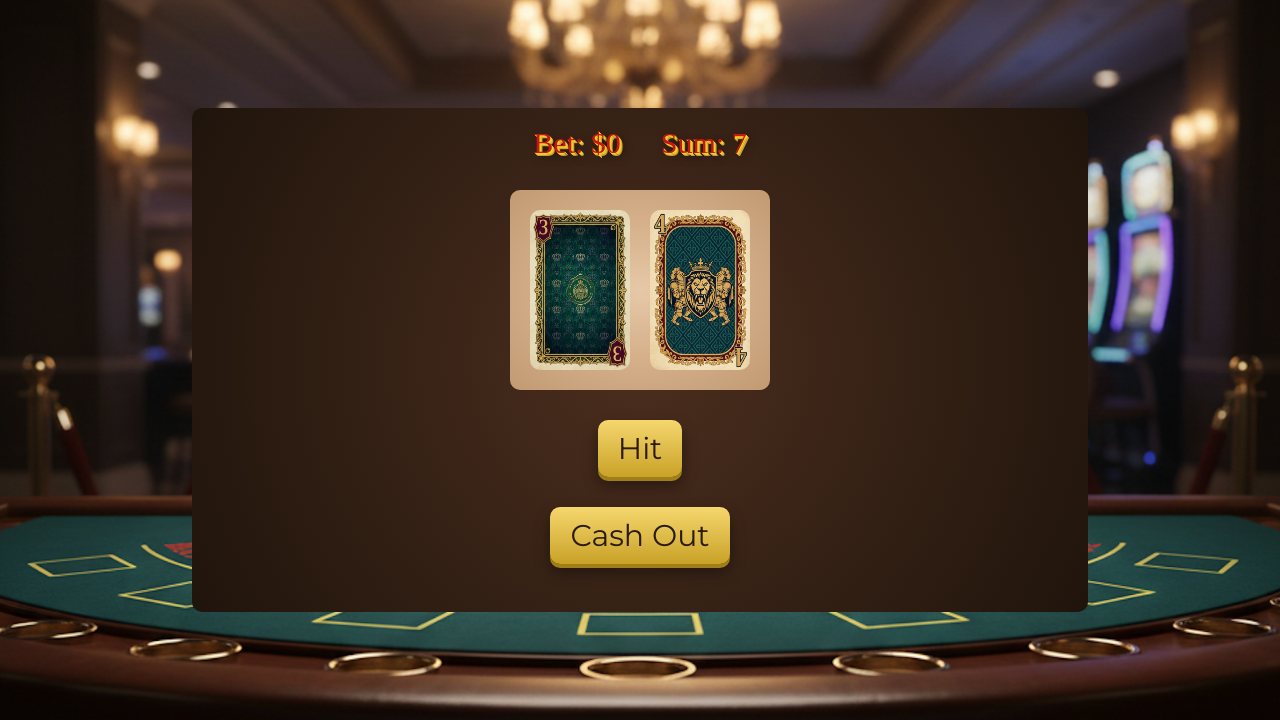
Repository: raghhavv03/javascript-practice
Page: task-5/game.html
These files come from the project's save history. The page is drawn as it stood at one moment and after the next save; the edit follows.
The browser window is 1280 px wide. The pictures show the whole page.
Some web fonts or font styles are not loaded; a fallback is used.

Above is the page before, as saved 2026-02-09 19:16:46.

### task-5/game.html
<!DOCTYPE html>
<html>
    <head>
        <title>BlackJack</title>
        <link rel="stylesheet" href="./css/style.css">
        <link href="https://fonts.googleapis.com/css2?family=Unbounded:wght@700&display=swap" rel="stylesheet">
        <link href="https://fonts.googleapis.com/css2?family=Montserrat:wght@400;500&display=swap" rel="stylesheet">
        <script src="./js/game.js" defer></script>
    </head>
    <body>
        <div class="container">
            <div id="user-info">
                <p>Bet: $<span id="bet"></span></p>
                <p>Sum: <span id="sum">0</span></p>
            </div>

            <div id="cards"></div>

            <button id="hit-btn">Hit</button>
            <button id="cashout-btn">Cash Out</button>

            <p id="result"></p>
        </div>
    </body>
</html>

### task-5/css/style.css
* {
    margin: 0;
    padding: 0;
    box-sizing: border-box;
}

body {
    height: 100vh;
    background-image: url("../images/background.png");
    background-size: cover;
    display: flex;
    flex-direction: column;
    justify-content: center;
    align-items: center;
}

.container {
    height: 70vh;
    width: 70vw;
    display: flex;
    flex-direction: column;
    justify-content: center;
    align-items: center;
    background: radial-gradient(
        circle at center,
        #4b2e1e 0%,
        #3a2417 40%,
        #1f140c 100%
    );
    padding: 20px;
    border-radius: 10px;
}

#heading {
    font-size: 70px;
    font-family: 'Unbounded', cursive;
    color: #c4161c;
    text-shadow:
        1px 1px 0 #ffd700,
        2px 2px 0 #e6c24f,
        3px 3px 0 #c9a227,
        4px 4px 8px rgba(0, 0, 0, 0.6);
    margin-bottom: 40px;
}

#money-input {
    font-size: 30px;
    font-family: 'Montserrat', sans-serif;
    padding: 10px 20px;
    border: none;
    border-radius: 10px;
    margin-bottom: 40px;
}

#add-money-btn {
    background: linear-gradient(180deg, #f5d76e, #c9a227);
    color: #2b1b11;
    font-size: 30px;
    font-family: 'Montserrat', sans-serif;
    padding: 10px 20px;
    border: none;
    border-radius: 10px;
    margin-bottom: 40px;
    cursor: pointer;
    box-shadow:
        0 4px 0 #9f7f18,
        0 8px 15px rgba(0,0,0,0.4);
    transition: all 0.2s ease;
}

#add-money-btn:hover {
    background: linear-gradient(180deg, #ffe58f, #e6c24f);
    box-shadow:
        0 4px 0 #9f7f18,
        0 0 12px rgba(255, 215, 0, 0.8),
        0 10px 20px rgba(0,0,0,0.5);
    transform: translateY(-1px);
}

#add-money-btn:active {
    transform: translateY(2px);
    box-shadow:
        0 2px 0 #9f7f18,
        0 4px 8px rgba(0,0,0,0.4);
}

#index-error-msg {
    font-size: 15px;
    font-family: 'Montserrat', sans-serif;
    color: #ff4d4d;
    font-weight: bolder;
}

#user-balance {
    font-size: 30px;
    font-family: 'Unbounded', cursive;
    color: #c4161c;
    text-shadow:
        1px 1px 0 #ffd700,
        2px 2px 0 #e6c24f,
        3px 3px 0 #c9a227,
        4px 4px 8px rgba(0, 0, 0, 0.6);
    margin-bottom: 40px;
}

#bet-input {
    font-size: 30px;
    font-family: 'Montserrat', sans-serif;
    padding: 10px 20px;
    border: none;
    border-radius: 10px;
    margin-bottom: 40px;
}

#start-game-btn {
    background: linear-gradient(180deg, #f5d76e, #c9a227);
    color: #2b1b11;
    font-size: 30px;
    font-family: 'Montserrat', sans-serif;
    padding: 10px 20px;
    border: none;
    border-radius: 10px;
    margin-bottom: 40px;
    cursor: pointer;
    box-shadow:
        0 4px 0 #9f7f18,
        0 8px 15px rgba(0,0,0,0.4);
    transition: all 0.2s ease;
}

#start-game-btn:hover {
    background: linear-gradient(180deg, #ffe58f, #e6c24f);
    box-shadow:
        0 4px 0 #9f7f18,
        0 0 12px rgba(255, 215, 0, 0.8),
        0 10px 20px rgba(0,0,0,0.5);
    transform: translateY(-1px);
}

#start-game-btn:active {
    transform: translateY(2px);
    box-shadow:
        0 2px 0 #9f7f18,
        0 4px 8px rgba(0,0,0,0.4);
}

#bet-error-msg {
    font-size: 15px;
    font-family: 'Montserrat', sans-serif;
    color: #ff4d4d;
    font-weight: bolder;
}

#user-info {
    display: flex;
    gap: 40px;
    margin-bottom: 30px;
    font-size: 30px;
    font-family: 'Unbounded', cursive;
    color: #c4161c;
    text-shadow:
        1px 1px 0 #ffd700,
        2px 2px 0 #e6c24f,
        3px 3px 0 #c9a227,
        4px 4px 8px rgba(0, 0, 0, 0.6);
}

#cards {
    height: 200px;
    background: radial-gradient(
        ellipse at center,
        #e6c8a8 0%,
        #d6b18c 45%,
        #c19a73 100%
    );
    border-radius: 10px;
    display: flex;
    padding: 20px;
    justify-content: center;
    gap: 20px;
    align-items: center;
    margin-bottom: 30px;
}

.card-img {
    width: 100px;
    height: 160px;
    border-radius: 10px;
}

#hit-btn {
    background: linear-gradient(180deg, #f5d76e, #c9a227);
    color: #2b1b11;
    font-size: 30px;
    font-family: 'Montserrat', sans-serif;
    padding: 10px 20px;
    border: none;
    border-radius: 10px;
    margin-bottom: 30px;
    cursor: pointer;
    box-shadow:
        0 4px 0 #9f7f18,
        0 8px 15px rgba(0,0,0,0.4);
    transition: all 0.2s ease;
}

#hit-btn:hover {
    background: linear-gradient(180deg, #ffe58f, #e6c24f);
    box-shadow:
        0 4px 0 #9f7f18,
        0 0 12px rgba(255, 215, 0, 0.8),
        0 10px 20px rgba(0,0,0,0.5);
    transform: translateY(-1px);
}

#hit-btn:active {
    transform: translateY(2px);
    box-shadow:
        0 2px 0 #9f7f18,
        0 4px 8px rgba(0,0,0,0.4);
}

#cashout-btn {
    background: linear-gradient(180deg, #f5d76e, #c9a227);
    color: #2b1b11;
    font-size: 30px;
    font-family: 'Montserrat', sans-serif;
    padding: 10px 20px;
    border: none;
    border-radius: 10px;
    margin-bottom: 30px;
    cursor: pointer;
    box-shadow:
        0 4px 0 #9f7f18,
        0 8px 15px rgba(0,0,0,0.4);
    transition: all 0.2s ease;
}

#cashout-btn:hover {
    background: linear-gradient(180deg, #ffe58f, #e6c24f);
    box-shadow:
        0 4px 0 #9f7f18,
        0 0 12px rgba(255, 215, 0, 0.8),
        0 10px 20px rgba(0,0,0,0.5);
    transform: translateY(-1px);
}

#cashout-btn:active {
    transform: translateY(2px);
    box-shadow:
        0 2px 0 #9f7f18,
        0 4px 8px rgba(0,0,0,0.4);
}

#result {
    font-size: 30px;
    font-family: 'Unbounded', cursive;
    color: #c4161c;
    text-shadow:
        1px 1px 0 #ffd700,
        2px 2px 0 #e6c24f,
        3px 3px 0 #c9a227,
        4px 4px 8px rgba(0, 0, 0, 0.6);
}

### task-5/js/game.js
const bet = Number(localStorage.getItem("bet"))
document.getElementById("bet").textContent = bet
const cashoutBtn = document.getElementById("cashout-btn")
cashoutBtn.disabled = true

let sum = 0
let cardsDrawn = 0

const sumEl = document.getElementById("sum")
const cardsEl = document.getElementById("cards")
const resultEl = document.getElementById("result")

const cards = [
    { value: 11, image: "images/card-a.png" },
    { value: 2, image: "images/card-2.png" },
    { value: 3, image: "images/card-3.png" },
    { value: 4, image: "images/card-4.png" },
    { value: 5, image: "images/card-5.png" },
    { value: 6, image: "images/card-6.png" },
    { value: 7, image: "images/card-7.png" },
    { value: 8, image: "images/card-8.png" },
    { value: 9, image: "images/card-9.png" },
    { value: 10, image: "images/card-10.png" },
    { value: 10, image: "images/card-j.png" },
    { value: 10, image: "images/card-q.png" },
    { value: 10, image: "images/card-k.png" }
]

function drawCard() {
    if (sum >= 21) return;


    const randomIndex = Math.floor(Math.random() * cards.length)
    const card = cards[randomIndex]

    cardsDrawn++
    sum += card.value
    sumEl.textContent = sum

    if (cardsDrawn > 2) {
        cashoutBtn.disabled = false;
    }

    const img = document.createElement("img")
    img.src = card.image
    img.classList.add("card-img")

    cardsEl.appendChild(img)

    if (sum > 21) {
        resultEl.textContent = "You Lose 😢!"
        disableButtons()
    }

    if (sum === 21) {
        const multiplier = 1 + Math.pow(sum / 21, 2)
        const winnings = Math.floor(bet * multiplier)

        resultEl.textContent = `BlackJack 🎉! You won $${winnings} (x${multiplier.toFixed(2)})`
        disableButtons()
    }
}

window.onload = function () {
    drawCard()
    drawCard()
}

document.getElementById("hit-btn").addEventListener("click", drawCard)

document.getElementById("cashout-btn").addEventListener("click", function() {
    const multiplier = 1 + Math.pow(sum / 21, 2)
    const winnings = Math.floor(bet * multiplier)

    resultEl.textContent = `You won $${winnings} (x${multiplier.toFixed(2)})`
    disableButtons()
})

function disableButtons() {
    document.getElementById("hit-btn").disabled = true
    document.getElementById("cashout-btn").disabled = true
}

After the next save:
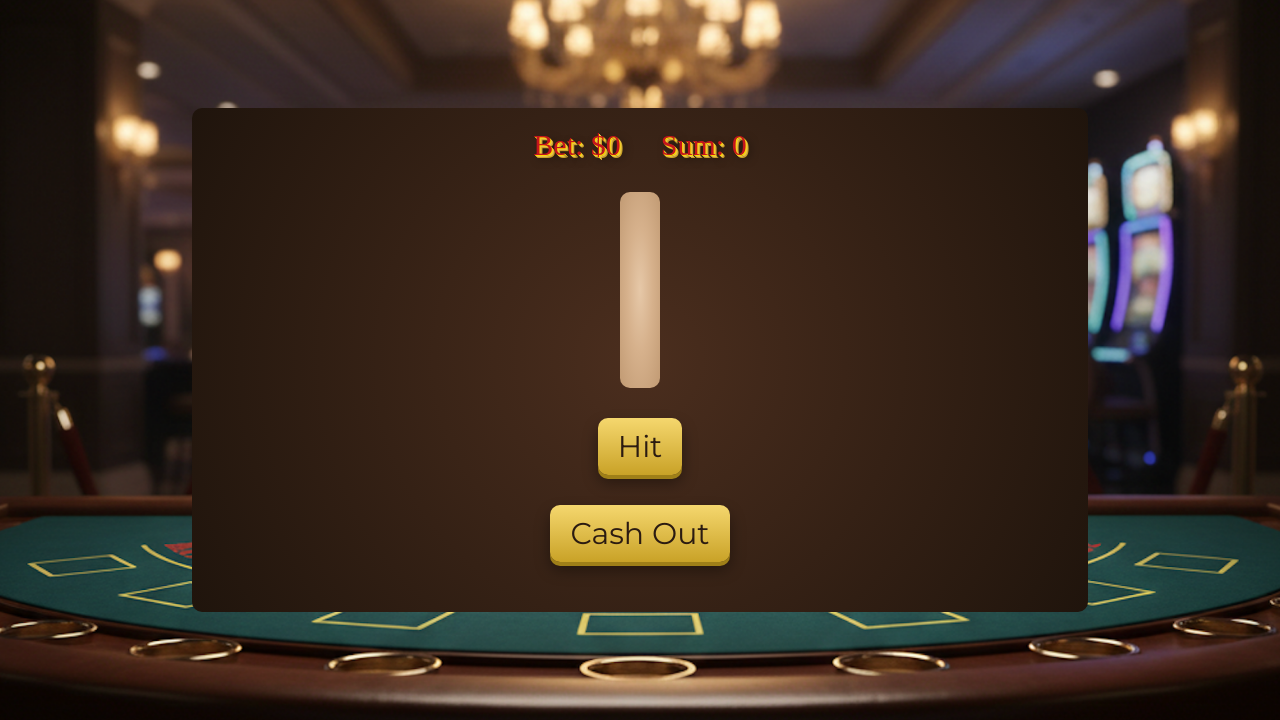
Console error: ReferenceError: let is not defined
Saved 6 s later.
--- a/task-5/js/game.js
+++ b/task-5/js/game.js
@@ -28,7 +28,7 @@
 
 function drawCard() {
     if (sum >= 21) return;
-
+    let
 
     const randomIndex = Math.floor(Math.random() * cards.length)
     const card = cards[randomIndex]

After the 2 saves that followed:
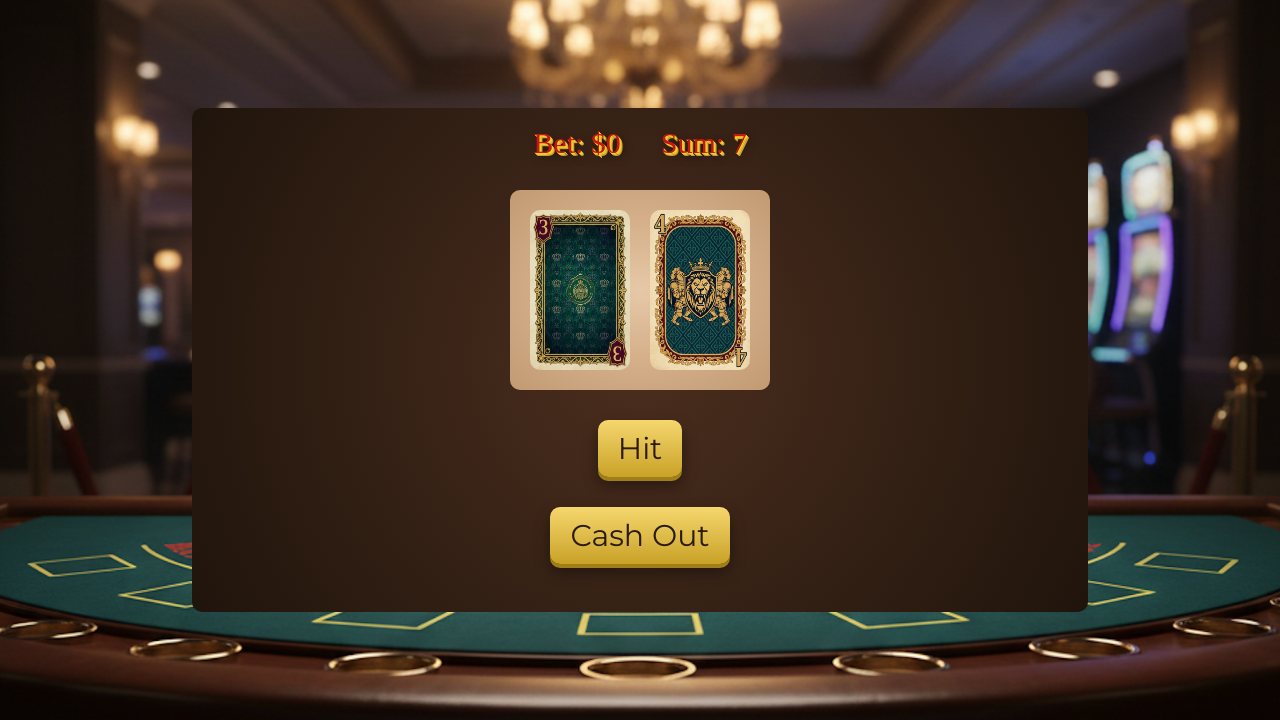
The error is gone.
The 2 saves are shown as one change because they came seconds apart.
The last was saved 7 s later.
--- a/task-5/js/game.js
+++ b/task-5/js/game.js
@@ -28,7 +28,7 @@
 
 function drawCard() {
     if (sum >= 21) return;
-    let
+    let aceCount = 0
 
     const randomIndex = Math.floor(Math.random() * cards.length)
     const card = cards[randomIndex]
